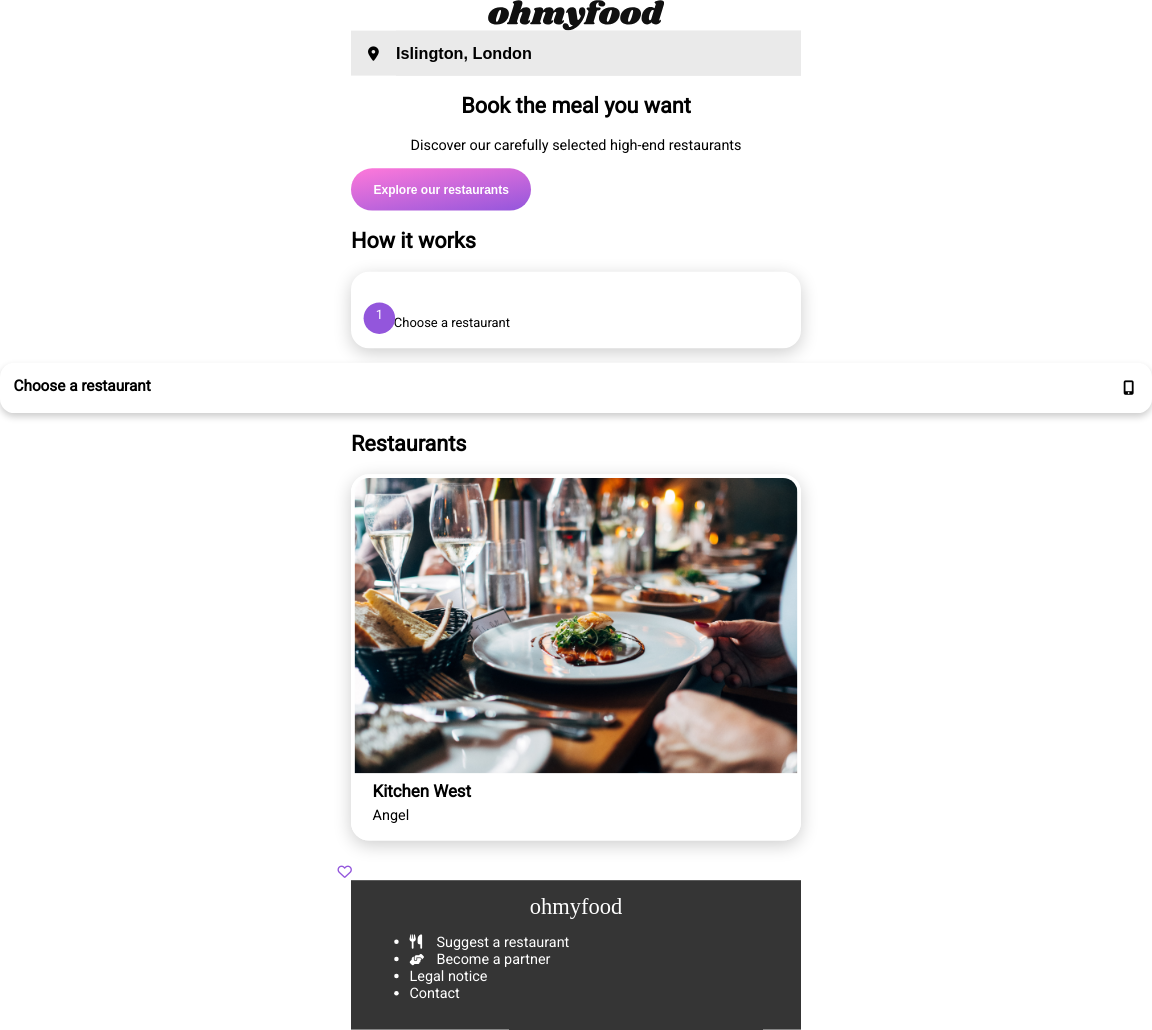
Repository: R1ptou/Project-3
Page: index.html
These files come from the project's save history. The page is drawn as it stood at one moment and after a run of saves; the edit follows.
The browser window is 1280 px wide. The pictures show the whole page, at 90% of full size.
Some web fonts or font styles are not loaded; a fallback is used. The style sheet was rebuilt from its Sass, Less or Tailwind sources for each picture, by a compiler version that may differ from the author's.

Above is the page before, as saved 2024-03-24 20:54:17.

### index.html
<!DOCTYPE html>
<html lang="en">
<head>
    <meta charset="UTF-8">
    <meta name="viewport" content="width=device-width, initial-scale=1.0">
    <title>ohmyfood</title>
    <link rel="preconnect" href="https://fonts.googleapis.com">
    <link rel="preconnect" href="https://fonts.googleapis.com">
    <link rel="preconnect" href="https://fonts.gstatic.com" crossorigin>
    <link href="https://fonts.googleapis.com/css2?family=Roboto&family=Shrikhand&display=swap" rel="stylesheet">
    <link rel="stylesheet" href="https://cdnjs.cloudflare.com/ajax/libs/font-awesome/6.2.1/css/all.min.css"
        integrity="sha512-MV7K8+y+gLIBoVD59lQIYicR65iaqukzvf/nwasF0nqhPay5w/9lJmVM2hMDcnK1OnMGCdVK+iQrJ7lzPJQd1w=="
        crossorigin="anonymous" referrerpolicy="no-referrer">
    <link rel="stylesheet" href="./css/style.css">
</head>
<body>
<!-- Nav -->
    <div class="container">
        <div class="logo"> <!-- Logo -->
            <img  src="./Images%20and%20text%20Ohmyfood/images/logo/ohmyfood@2x.svg" alt="ohmyfood logo" >
        </div>
            <form class="search-bar"> <!-- Search bar -->
                <div class="icon-search"><i class="text-black fa-solid fa-location-dot"></i></div>
                <input class="input-search" value="Islington, London" type="text">
            </form>
        <div> <!-- Headline -->
            <h2 class="headline"><strong>Book the meal you want</strong></h2>
            <p class="headline">Discover our carefully selected high-end restaurants</p>
        </div>
            <button type="submit" class="button-search">Explore our restaurants</button> <!-- Submit button -->
    </div>

<!-- How it works -->
    <main>
        <section class="container">
            <h2>How it works</h2>
            <ol class="list-group numbered card card-rest">
                <li class="list-item">
                    <span class="icon-pic fa-solid fa-mobile-screen-button"></span>
                    <span class="card-text">Choose a restaurant</span>
                </li>
            </ol>
        </section>

        <div class="menu-item menu-item-1">
            <div class="menu-item__body">
                <h4 class="menu-item__heading">Choose a restaurant</h4>

            </div>
            <div class="fa-solid fa-mobile-screen-button menu-item__price "></div>
            <div class="menu-item__checkmark">
                <i class="fas fa-check-circle fa-lg menu-item__checkmark-icon"></i>
            </div>
        </div>

<!-- Restaurants -->
        <section class="container">
            <h2>Restaurants</h2>

            <a href="#" class="card-rest">
                <img class="card-img" src="./Images%20and%20text%20Ohmyfood/images/restaurants/jay-wennington-N_Y88TWmGwA-unsplash.jpg" alt="">
                      <div class="card-content">
                        <h3 class="card-title">Kitchen West</h3>
                        <p class="card-subtitle">Angel</p>
                      </div>
            </a>
            <div class="heart">
                <span class="fa-solid fa-heart heart-icon heart-full"></span>
                <span class="fa-regular fa-heart heart-icon heart-empty"></span>

            </div>

        </section>

<!-- Header -->
<!-- Footer -->
<footer class="footer container">
    <div class="logo"> <!-- Logo -->
        <a href class="#top footer-logo" title="Back to top of the page" alt="Back to top of the page">ohmyfood</a>
     </div>
     <ul class="list">
        <li><a href="#"><span class="fa-solid fa-utensils footer-ico"></span>Suggest a restaurant</a></li>
        <li><a href="#"><i class="fa-solid fa-handshake-angle footer-ico ico-resize"></i>Become a partner</a></li>
        <li><a href="#">Legal notice</a></li>
        <li><a href="mailto:project3@ohmyfood.com" title="Email Us" alt="Email Us">Contact</a></li>
      </ul>
  </footer>
    </main>
</body>
</html>

### scss/style.scss
/****** General ***********/

@import "variables";
@import "base";
@import "list-group";
@import "card";
@import "button";

.container {
    max-width: 500px;
    margin: auto;
}


/****** Nav ***********/

/****** Logo ***********/

.logo {
    display: flex;
    justify-content: center;
}
/****** Search bar ***********/

.search-bar {
    display: flex;
    justify-content: center;
    background-color: $septenary-color;
}

.icon-search {
    display: flex;
    justify-content: center;
    align-items: center;
    width: 50px;
    height: 50px;
    flex-shrink: 0;
}

.input-search {
    display: flex;
    border-width: 0;
    border-style: none;
    width: 100%;
    padding: 0;
    font-weight: bold;
    font-size: 18px;
    background-color: $septenary-color;
    caret-color: $tertiary-color;
}
.input-search:focus {
    outline: none;
}

/****** Headline ***********/
.headline {
    display: flex;
    justify-content: center;
}

/****** How it works ***********/

ol {
    counter-reset: section;
}

li::before {
    counter-increment: section;
}

.numbered {
    clear: both;
    list-style: none;
    padding-left: 2%;
  }

.numbered li {
    margin: 0;
    padding-top: 1em;
    display: block;
    position: relative;
    counter-increment: inst;
}

.numbered li::before {
    content: counter(inst);
    position: absolute;
    margin:0 0;
    background: $primary-color;
    border-radius: 50%;
    border: none;
    font-size: 0.9rem;
    color: #fff;
    text-align: center;
    width: 25px;
    height: 25px;
    padding: 5px;
    flex-shrink: 0;
}
.icon-pic {
    display: relative;
    background: none;
    color: grey;
    width: 20px;
    height: 20px;
    padding: 15px;
    flex-shrink: 0;
}

.icon-pic:hover {
    color: $primary-color;
}

.icon-no {
    position: absolute;
    margin:0 0;
    background: $primary-color;
    border-radius: 50%;
    border: none;
    font-size: 0.9rem;
    color: #fff;
    text-align: center;
    width: 25px;
    height: 25px;
    padding: 5px;
    flex-shrink: 0;
}

.menu-item {
	background: white;
	border-radius: 16px;
	box-shadow: 0 4px 8px 0 rgba(0,0,0,0.2);
	position: relative;
	overflow: hidden;
	cursor: pointer;
	display: flex;

	.menu-item__price {
		display: flex;
		align-items: center;
		padding: 20px;
	}

	&:hover {
		.menu-item__checkmark {
			width: 75px;
		}
		.menu-item__checkmark-icon {
			-webkit-transform: rotate(0deg);
			transform: rotate(0deg);
		}
	}

	.menu-item__body {
		width: 100%;
		padding: 15px;
		overflow: hidden;
		display: flex;
		flex-direction: column;

		.menu-item__content, .menu-item__heading {
			margin: 0;
			font-size: 15px;
			text-overflow: ellipsis;
			overflow: hidden;
			white-space: nowrap;
		}

		.menu-item__heading{
			font-size: 17px;
		}
	}

	.menu-item__checkmark {
		width: 0;
		background: $primary-color;
		transition: width 1s;
		right: 0;
		top: 0;
		bottom: 0;
		flex-shrink: 0;
		display: flex;
		justify-content: center;
		align-items: center;
	}

	.menu-item__checkmark-icon {

		transition: transform 1s;
		color: white;
	}
}


/****** Restaurants ***********/

.heart {
    position: relative;
    display:inline-block;
    height: 24px;
    width: 24px;
    top: 10px;
    right: 15px;
}

.heart-icon {
    position: absolute;
    display: inline-block;
    height: 24px;
    width: 24px;
    color: $primary-color;
}

.heart-empty {
    transition: opacity 1s;
    opacity: 1;
}

.heart-full {
    transition: opacity 1s;
    opacity: 0;
    background-image: $gradient;
    background-clip: text;
    -webkit-background-clip: text;
    color: transparent;
}

.heart:hover .heart-full {
    opacity: 1;
}

.heart:hover .heart-empty {
    opacity: 0;
}

/****** Starters ***********/


/****** Mains ***********/


/****** Deserts ***********/


/****** Button ***********/

.btn {
    background-color: $primary-color;
}

/****** Label ***********/


/****** Icon ***********/


/****** Footer ***********/

.footer {
    background-color: $octonary-color;
    color: #fff;
    padding: 15px 25px;
}

.footer-logo {
    color: #fff;
    font-family: $primary-serif;
    font-size: 25px;
    margin: 0;
}

.footer a {
    color: #fff;
}

.footer-ico {
    width: 30px;
}

.ico-resize {
    font-size: 13px;
}

### scss/_variables.scss
    $primary-color: #9356DC; // button, badge, icon hover
    $secondary-color: #FF79DA; // button gradient
    $tertiary-color: #99E2D0; // element hue
    $quaternary-color: #008766; // badge font
    $quinary-color: #7E7E7E; // icons
    $senary-color: #F6F6F6; // background hue (off-white)
    $septenary-color: #EAEAEA; // form field background
    $octonary-color: #353535; // footer background

    $gradient: linear-gradient(-10deg, #9356DC, #FF79DA);
    $gradient-hover: linear-gradient(120deg, #9356DC, #FF79DA);

    $primary-sans-serif: "Roboto", sans-serif;
    $primary-serif: "Shrikhand", serif;

### scss/_base.scss
body {
    margin: 0;
    padding: 0;
    color: #000;
    font-family: $primary-sans-serif;
    }

::selection {
    color: #000;
    background: $tertiary-color;
    }

a {
    text-decoration: none;
    }

a, a:visited {
    color: inherit;
    }

a:hover, a:focus {
    color: $tertiary-color;
}

* {
    box-sizing: border-box;
    -moz-box-sizing: border-box;
    -webkit-box-sizing: border-box;
    }

*:focus {
    outline: $tertiary-color solid 2px;
}

*:visited {}

html {
    scroll-behavior: smooth;
  }

a[title]:hover::after {
    opacity: 1;
    transition: all 0.1s ease 0.3s;
    visibility: visible;
}

a[title]:after {
    content: attr(title);
    color: $tertiary-color;
    position: absolute;
    top: 10px;
    left: 105%;
    z-index: 100;
    white-space: nowrap;
    border: solid 1px;
    padding: 5px;
    font-family: $primary-sans-serif;
    font-size: 0.7rem;
    opacity: 0;
    visibility: hidden;
}
[title] {
    position: relative;
}

### scss/_list-group.scss
// .numbered {
//     list-style-type: none;
//     counter-reset: section;
// }

.list-group {
    list-style-type: none;
    padding: 0;
    display: flex;
    flex-direction: column;
    justify-content: space-between;
    align-items: start;
}
.list-item {
    display: flex;
    justify-content: space-between;
    align-items: flex-start;
    position: relative;
    box-sizing: border-box;
    list-style-type: none;
    text-decoration: none;
}

### scss/_card.scss
.card-group {
    display: flex;
    flex-wrap: wrap;
    padding: 16px 25px;
}

.card {
    display: flex;
    flex-direction: row;
    padding: 16px 25px;
    background: #fff;
    border-radius: 25px;
    box-shadow: 1px 3px 6px 0px rgba(0, 0, 255, .2);
    font: 0.9rem "Roboto", sans-serif;
    color: #000;
}

/****** Restaurants ***********/



.card-rest {
    margin-bottom: 1rem;
    display: flex;
    flex-direction: column;
    background-color: var(#F6F6F6);
    box-shadow: 0 5px 20px rgba(0,0,0,0.2);
    border-radius: 20px;
    overflow: hidden;
    border: 4px solid #fff;
}

.card-img {
    object-fit: cover;
    width: 100%;
}

.card-content {
    padding: 10px 20px;
}

.card-title {
    margin: 0;
}

.card-subtitle {
    margin: 5px 0;
}

### scss/_button.scss
/****** Submit button ***********/


.button-search{
    padding: 16px 25px;
    color: #fff;
    font-weight: bold;
    background: $gradient;
    border-radius: 25px;
    border: none;
    justify-content: center;
    //transition: all 0.5s ease-out;
}

.button-search:hover,
.button-search:focus {
    background: $gradient-hover;
    outline: none;
    cursor: pointer;
    content:"";
    left: 120%;
}

After the next 2 saves:
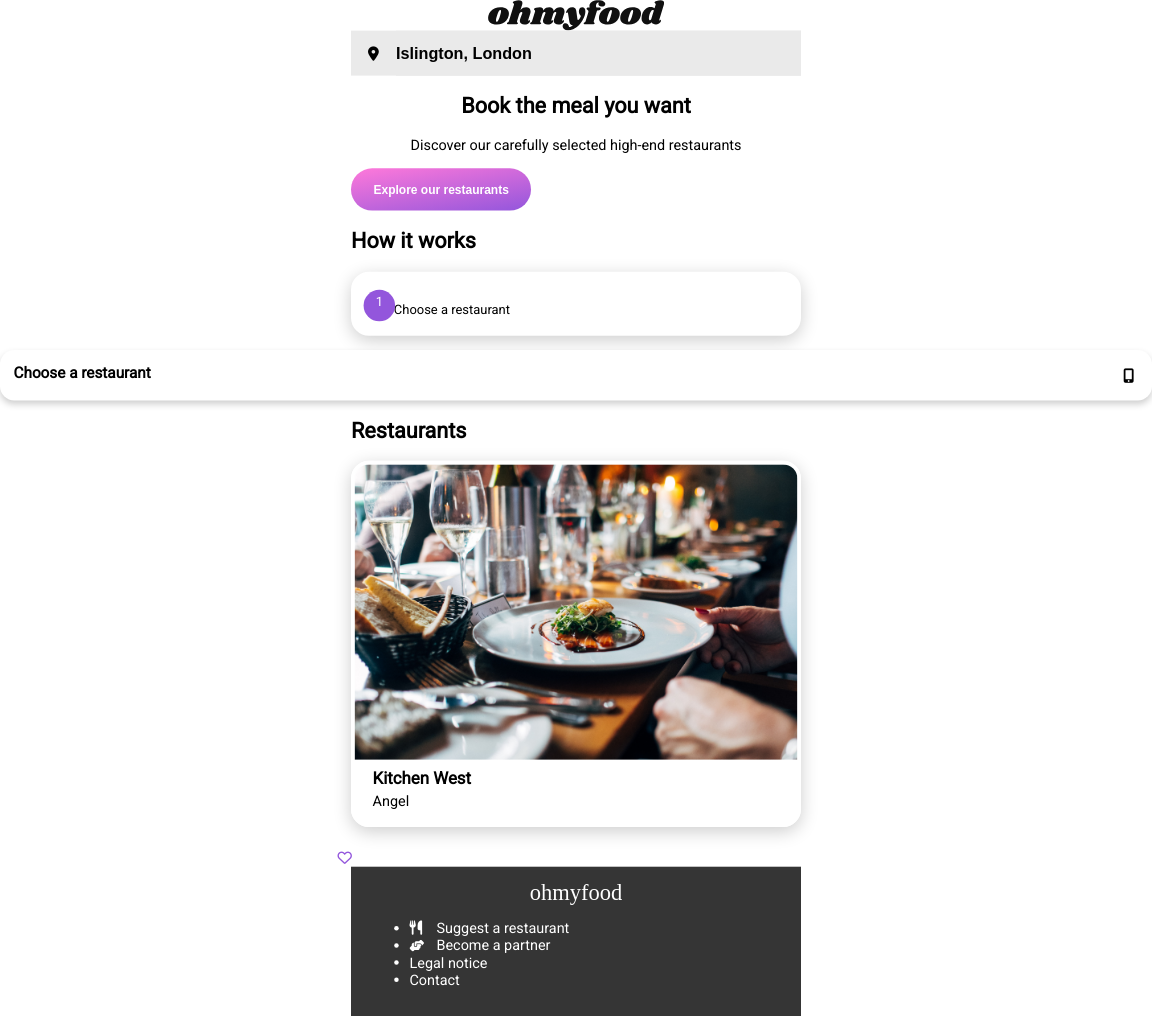
The 2 saves are shown as one change because they came seconds apart.
The last was saved 18 s later.
--- a/scss/style.scss
+++ b/scss/style.scss
@@ -76,7 +76,7 @@ li::before {
 
 .numbered li {
     margin: 0;
-    padding-top: 1em;
+    padding-top: 0;
     display: block;
     position: relative;
     counter-increment: inst;
